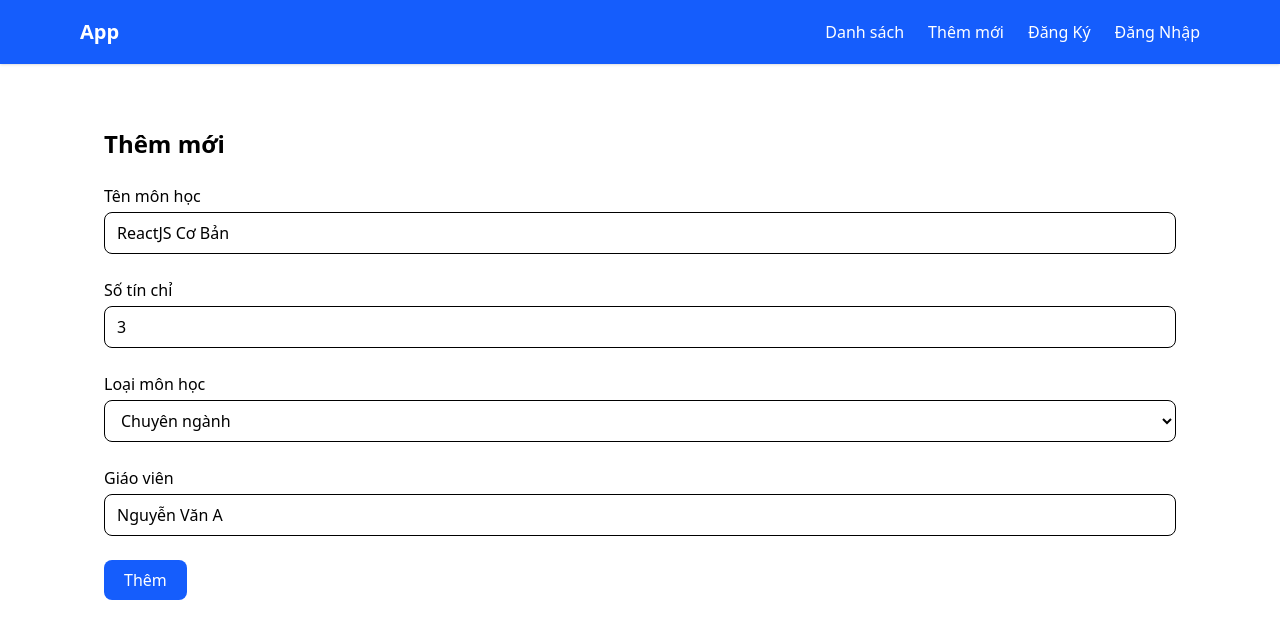
Repository: DODUCHUY195/Lap_Trinh_TypeScript
Page: /register
The author's editor kept a copy of each file at every save. The page is drawn from the files as they stood at one save, then again after the next save.
The browser window is 1280 px wide. The pictures show the whole page.
The project was rebuilt for these pictures with package versions that can differ from the ones it lists, and the page was loaded fresh each time. Also part of the build but not shown: vite.config.ts, src/pages/List.tsx, src/pages/Edit.tsx.

Above is the page before, as saved 2026-01-26 18:59:24.

### src/App.tsx
import { Toaster } from "react-hot-toast";
import { Link, Routes, Route } from "react-router-dom";

import List from "./pages/List";
import Add from "./pages/Add";
import Edit from "./pages/Edit";


function App() {


  return (
    <>
      {/* NAVBAR */}

      <nav className="bg-blue-600 text-white shadow">
        <div className="max-w-6xl mx-auto px-4 h-16 flex items-center justify-between">
          <Link to="/" className="text-xl font-semibold">
            <strong>App</strong>
          </Link>

          <div className="flex items-center space-x-6">
            <Link to="/" className="hover:text-gray-200">
              Danh sách
            </Link>
            <Link to="/add" className="hover:text-gray-200">
              Thêm mới
            </Link>
             <Link to="/register" className="hover:text-gray-200">
              Đăng Ký
            </Link>
            <Link to="/login" className="hover:text-gray-200">
              Đăng Nhập
            </Link>
          </div>
        </div>
      </nav>

      <div className="max-w-6xl mx-auto mt-10 px-4">
        <Routes>
          <Route path="/" element={<List />} />
          <Route path="/add" element={<Add />} />
          <Route path="/edit/:id" element={<Edit />} />
          <Route path="/register" element={<Add />} />
          <Route path="/login" element={<Edit />} />

        </Routes>
      </div>

      <Toaster />
    </>
  );
}

export default App;

### src/pages/Add.tsx
import { useNavigate } from "react-router-dom";
import { useForm } from "react-hook-form";
import toast from "react-hot-toast";

type FormData = {
  name: string;
  credit: number;
  category: "Cơ sở" | "Chuyên ngành" | "Đại cương";
  teacher: string;
};

function AddPage() {
  const navigate = useNavigate();
  const {
    register,
    handleSubmit,
    formState: { errors, isSubmitting },
  } = useForm<FormData>({
    mode: "onBlur",
    defaultValues: {
      name: "ReactJS Cơ Bản",
      credit: 3,
      category: "Chuyên ngành",
      teacher: "Nguyễn Văn A",
    },
  });

  const onSubmit = async (values: FormData) => {
    try {
      const res = await fetch("/api/subjects", {
        method: "POST",
        headers: { "Content-Type": "application/json" },
        body: JSON.stringify(values),
      });
      if (!res.ok) return;
      await res.json();
      toast.success("Thêm thành công");
      navigate("/");
    } catch {
      toast.error("Thêm thất bại");
    }
  };

  return (
    <div className="p-6">
      <h1 className="text-2xl font-semibold mb-6">Thêm mới</h1>
      <form className="space-y-6" onSubmit={handleSubmit(onSubmit)}>
        <div>
          <label htmlFor="name" className="block font-medium mb-1">
            Tên môn học
          </label>
          <input
            id="name"
            type="text"
            className="w-full border rounded-lg px-3 py-2 focus:outline-none focus:ring-2 focus:ring-blue-500"
            {...register("name", { required: "Bắt buộc", minLength: { value: 4, message: "Tên phải > 3 ký tự" } })}
          />
          {errors.name && <p className="text-red-600 mt-1">{errors.name.message}</p>}
        </div>

        <div>
          <label htmlFor="credit" className="block font-medium mb-1">
            Số tín chỉ
          </label>
          <input
            id="credit"
            type="number"
            className="w-full border rounded-lg px-3 py-2 focus:outline-none focus:ring-2 focus:ring-blue-500"
            {...register("credit", {
              valueAsNumber: true,
              required: "Bắt buộc",
              validate: (v) => (v > 0 ? true : "Số tín chỉ phải > 0"),
            })}
          />
          {errors.credit && <p className="text-red-600 mt-1">{errors.credit.message}</p>}
        </div>

        <div>
          <label htmlFor="category" className="block font-medium mb-1">
            Loại môn học
          </label>
          <select
            id="category"
            className="w-full border rounded-lg px-3 py-2 bg-white focus:outline-none focus:ring-2 focus:ring-blue-500"
            {...register("category", { required: "Bắt buộc" })}
          >
            <option value="Cơ sở">Cơ sở</option>
            <option value="Chuyên ngành">Chuyên ngành</option>
            <option value="Đại cương">Đại cương</option>
          </select>
          {errors.category && <p className="text-red-600 mt-1">{errors.category.message}</p>}
        </div>

        <div>
          <label htmlFor="teacher" className="block font-medium mb-1">
            Giáo viên
          </label>
          <input
            id="teacher"
            type="text"
            className="w-full border rounded-lg px-3 py-2 focus:outline-none focus:ring-2 focus:ring-blue-500"
            {...register("teacher", { required: "Bắt buộc", minLength: { value: 4, message: "Giáo viên phải > 3 ký tự" } })}
          />
          {errors.teacher && <p className="text-red-600 mt-1">{errors.teacher.message}</p>}
        </div>

        <button
          type="submit"
          disabled={isSubmitting}
          className="px-5 py-2 bg-blue-600 text-white rounded-lg hover:bg-blue-700 transition disabled:opacity-50"
        >
          {isSubmitting ? "Đang thêm..." : "Thêm"}
        </button>
      </form>
    </div>
  );
}

export default AddPage;

### src/pages/AuthPage.tsx
function AuthPage() {
  return <div>Auth Page</div>;
}

export default AuthPage;

Loaded but not shown: index.html (common file); src/main.tsx (common file); src/index.css (common file)

After the next save:
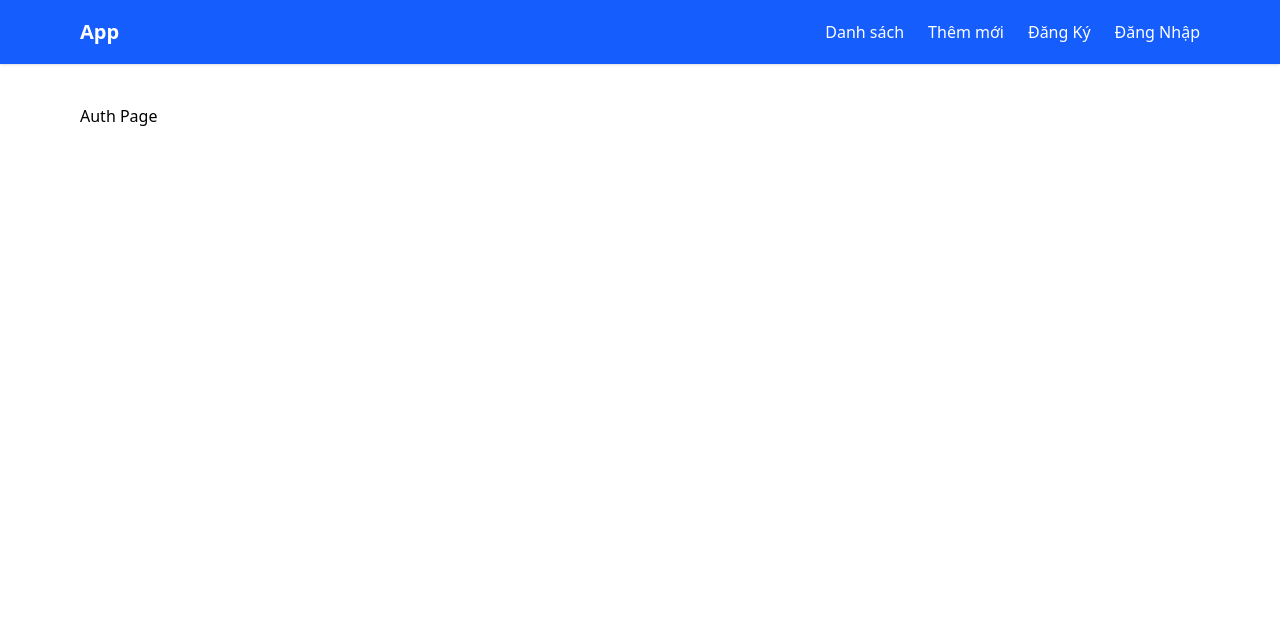
Saved 15 s later.
--- a/src/App.tsx
+++ b/src/App.tsx
@@ -4,6 +4,7 @@ import { Link, Routes, Route } from "react-router-dom";
 import List from "./pages/List";
 import Add from "./pages/Add";
 import Edit from "./pages/Edit";
+import AuthPage from "./pages/AuthPage";
 
 
 function App() {
@@ -41,8 +42,8 @@ function App() {
           <Route path="/" element={<List />} />
           <Route path="/add" element={<Add />} />
           <Route path="/edit/:id" element={<Edit />} />
-          <Route path="/register" element={<Add />} />
-          <Route path="/login" element={<Edit />} />
+          <Route path="/register" element={<AuthPage />} />
+          <Route path="/login" element={<AuthPage />} />
 
         </Routes>
       </div>
